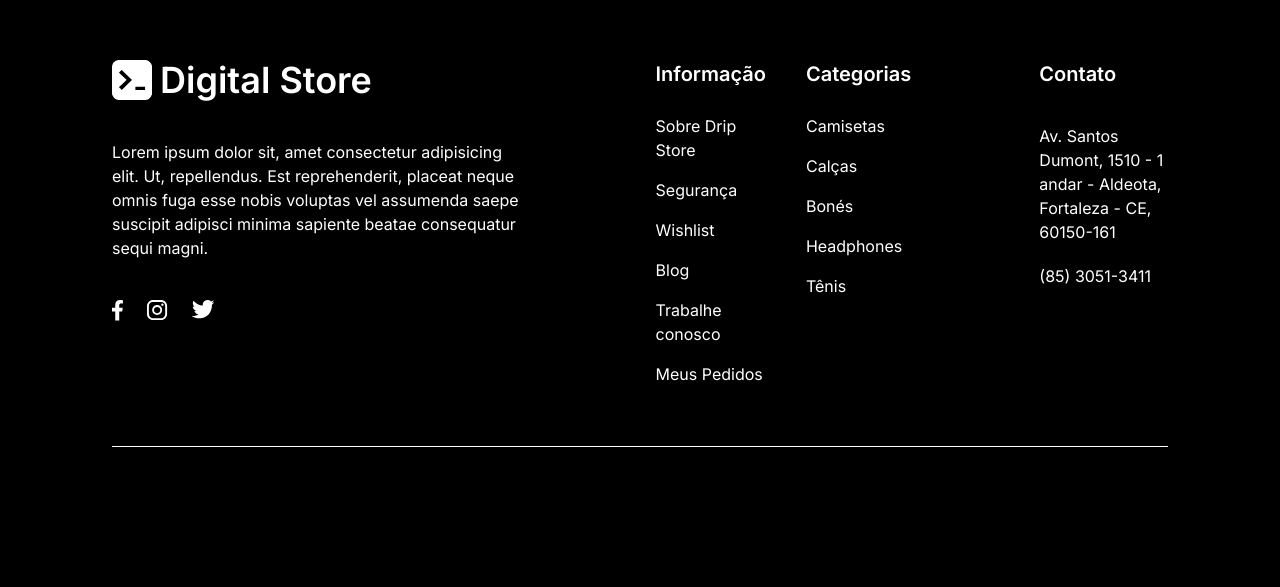
Repository: geracao-09/digital-store
Page: index.html
The author's editor kept a copy of each file at every save. The page is drawn from the files as they stood at one save, then again after a run of saves.
The browser window is 1280 px wide. The pictures show the part of the page from y = 3410 to 4021 px (the page is 3997 px tall before and 4021 px after).
A picture or video elsewhere on the page could not be fetched, so the positions and the page height are approximate.

Above is the page before, as saved 2025-04-25 09:02:47.

After the next 2 saves:
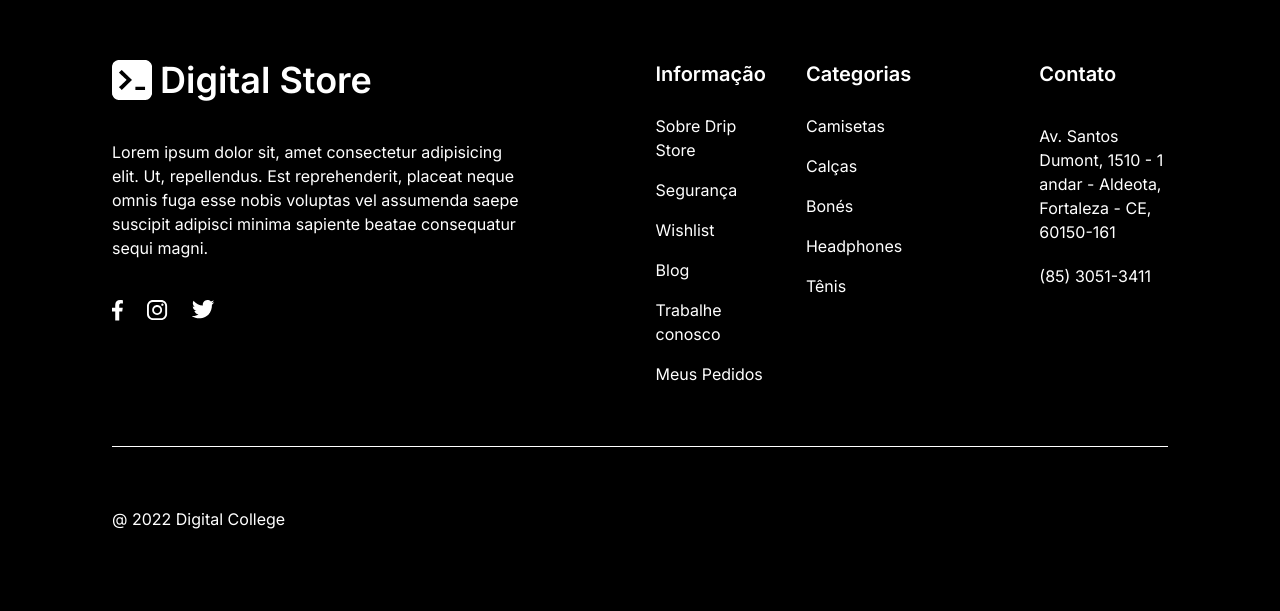
The 2 saves are shown as one change because they came seconds apart.
The last was saved 26 s later.
--- a/index.html
+++ b/index.html
@@ -385,7 +385,7 @@
     </div>
     <hr>
     <div>
-
+        <p>@ 2022 Digital College</p>
     </div>
 </footer>
 </body>
